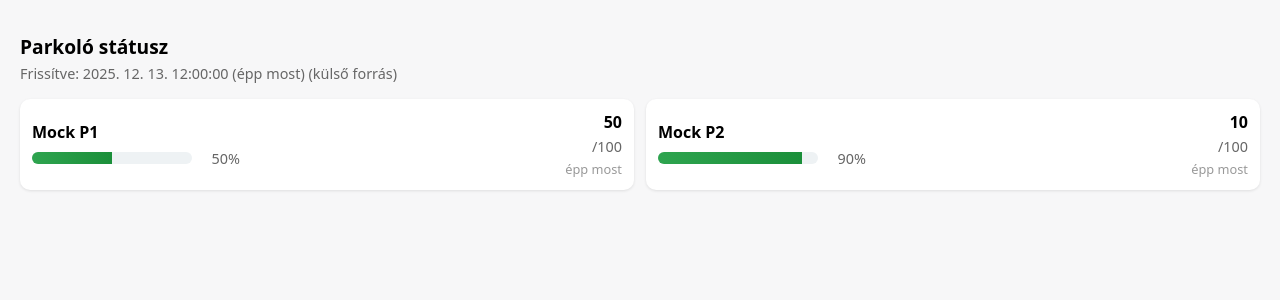
Repository: dkg11hu/ormezo-parking-2
Page: public/index.html
An editor plug-in stored every save of this project. The page is shown before and after the next save, followed by the edit.
The browser window is 1280 px wide. The pictures show the whole page.

Above is the page before, as saved 2025-12-13 20:29:42.

### public/index.html
<!DOCTYPE html>
<html lang="hu">

<head>
  <meta charset="UTF-8">
  <title>Ormezo Parkoló státusz</title>
  <meta name="viewport" content="width=device-width, initial-scale=1.0">
  <style>
    body {
      font-family: system-ui, sans-serif;
      background: #f7f7f8;
      margin: 0;
      padding: 20px;
    }

    h1 {
      font-size: 1.2rem;
      margin-bottom: 0.25rem;
    }

    .meta {
      color: #666;
      font-size: 0.9rem;
      margin-bottom: 1rem;
    }

    .grid {
      display: grid;
      gap: 12px;
    }

    @media (orientation:portrait) {
      .grid {
        grid-template-columns: 1fr;
      }
    }

    @media (orientation:landscape) {
      .grid {
        grid-template-columns: 1fr 1fr;
      }
    }

    .card {
      background: #fff;
      padding: 12px;
      border-radius: 10px;
      box-shadow: 0 1px 3px rgba(0, 0, 0, 0.1);
      display: flex;
      justify-content: space-between;
      align-items: center;
      text-decoration: none;
      color: inherit;
    }

    .label {
      font-weight: 600;
      margin-bottom: 6px;
    }

    .bar-wrap {
      display: flex;
      gap: 8px;
      align-items: center;
    }

    .bar {
      background: #eef2f4;
      height: 12px;
      width: 160px;
      border-radius: 8px;
      overflow: hidden;
    }

    .fill {
      height: 100%;
      background: linear-gradient(90deg, #2ea44f, #1b8f3a);
    }

    .pct {
      min-width: 40px;
      text-align: right;
      font-size: 0.9rem;
      color: #666;
    }

    .numbers {
      text-align: right;
      min-width: 84px;
      display: flex;
      flex-direction: column;
      gap: 4px;
    }

    .count {
      font-weight: 700;
      font-size: 1rem;
    }

    .total {
      color: #666;
      font-size: 0.9rem;
    }

    .timestamp {
      color: #999;
      font-size: 0.8rem;
    }
  </style>
</head>

<body>
  <h1>Parkoló státusz</h1>
  <div id="report-time" class="meta"></div>
  <main id="parking-grid" class="grid"></main>

  <script>
    function timeDiffString(updated) {
      try {
        const now = new Date();
        const upd = new Date(updated.replace(" ", "T"));
        const diffMs = now - upd;
        const diffMin = Math.floor(diffMs / 60000);
        if (diffMin < 1) return "épp most";
        if (diffMin < 60) return diffMin + " perce";
        const diffH = Math.floor(diffMin / 60);
        if (diffH < 24) return diffH + " órája";
        const diffD = Math.floor(diffH / 24);
        return diffD + " napja";
      } catch {
        return updated;
      }
    }

    async function refreshParkingStatus() {
      try {
        // csak a status JSON kötelező
        const statusRes = await fetch("parking-status.json?ts=" + Date.now(), { cache: "no-store" });
        if (!statusRes.ok) throw new Error("status JSON not found");
        const statusData = await statusRes.json();

        // mindig legyen definiálva
        let urlsData = [];

        try {
          const urlsRes = await fetch("urls.json?ts=" + Date.now(), { cache: "no-store" });
          if (urlsRes.ok) urlsData = await urlsRes.json();
        } catch {
          console.warn("urls.json nem elérhető, linkek kihagyva");
        }

        // VÉGLEGES MEGOLDÁS: Kezeljük a beágyazott struktúrát, és frissítsük az 'items' változót
        let items = [];
        let dataContainer = statusData;

        // 1. Ha a JSON be van ágyazva (a hibás formátum): items.items
        if (statusData.items && Array.isArray(statusData.items.items)) {
            items = statusData.items.items;
            dataContainer = statusData.items; // A friss időpontot innen vesszük
        }
        // 2. Ha a szabványos, korábban elvárt formátum: items
        else if (Array.isArray(statusData.items)) {
            items = statusData.items;
        }
        // 3. Ha a gyökér a tömb (régi formátum)
        else if (Array.isArray(statusData)) {
            items = statusData;
        }

        const grid = document.getElementById("parking-grid");
        grid.innerHTML = "";

        // JAVÍTOTT KÓD: Fejléc frissítése dataContainer használatával
        const headerTime = dataContainer.fetched_at || dataContainer.timestamp || statusData.report_time;

        if (headerTime) {
          const updated = headerTime;
          const updDate = new Date(updated.replace(" ", "T"));
          const relative = timeDiffString(updated);
          document.getElementById("report-time").textContent =
            "Frissítve: " + updDate.toLocaleString("hu-HU") + " (" + relative + ")";
        } else if (items.length > 0) { // Tartalék (ha semmi sincs a JSON gyökerében)
          const updated = items[0].updated;
          const updDate = new Date(updated.replace(" ", "T"));
          const relative = timeDiffString(updated);
          document.getElementById("report-time").textContent =
            "Frissítve: " + updDate.toLocaleString("hu-HU") + " (" + relative + ") (külső forrás)";
        }

        items.forEach(entry => {
          const percent = (entry.total && entry.total > 0) ?
              Math.round(((entry.total - entry.free) / entry.total) * 100) : 0;
            // Megjegyzés: A sáv a FOGLALT helyeket szokta mutatni, ezért a total - free / total van itt!
            // Ha a SZABAD helyeket szeretnéd, a kód legyen: Math.round((entry.free / entry.total) * 100)

          const relative = timeDiffString(entry.updated);
          const urlEntry = urlsData.find(u => u.id === entry.id);
          const detailUrl = urlEntry ? urlEntry.url : "#";

          const card = document.createElement("a");
          card.className = "card";
          card.href = detailUrl;
          card.target = "_blank";
          card.innerHTML = `
              <div class="left">
                <div class="label">${entry.label}</div>
                <div class="bar-wrap">
                  <div class="bar">
                    <div class="fill" style="width:${percent}%"></div>
                  </div>
                  <div class="pct">${percent}%</div>
                </div>
              </div>
              <div class="numbers">
                <div class="count">${entry.free}</div>
                <div class="total">/${entry.total}</div>
                <div class="timestamp">${relative}</div>
              </div>
            `;
          grid.appendChild(card);
        });

      } catch (err) { // <-- FŐ CATCH BLOKK KEZELÉSE
        console.error("Hiba a JSON betöltésekor:", err);
        document.getElementById("report-time").textContent = "Nem sikerült betölteni az adatokat.";
      }
    } // <-- FÜGGVÉNY LEZÁRÁSA

    window.onload = () => {
      refreshParkingStatus();
      };
  </script>
</body>
</html>

### public/parking-status.json
{
  "items": [
    { "id": "p1", "label": "Mock P1", "free": 50, "total": 100, "updated": "2025-12-13 12:00:00" },
    { "id": "p2", "label": "Mock P2", "free": 10, "total": 100, "updated": "2025-12-13 12:00:00" }
  ]
}

### public/urls.json
[
  {
    "id": "p1",
    "label": "Őrmező P1 P+R parkoló",
    "url": "https://kozutfigyelo.budapestkozut.hu/list/pfhistory?id=P121",
    "maxLot": 485,
    "selector": {
      "xpath": "//*[@id='main-content']/app-parking-facility-history/ion-content/div/div[2]/div[2]/div[1]/ion-text/span"
    },
    "timestampSelector": {
      "xpath": "//*[@id='main-content']/app-parking-facility-history/ion-content/div/div[2]/ion-text[2]/span"
    }
  },
  {
    "id": "p2",
    "label": "Őrmező P2 P+R parkoló",
    "url": "https://kozutfigyelo.budapestkozut.hu/list/pfhistory?id=P131",
    "maxLot": 500,
    "selector": {
      "css": "#main-content > app-parking-facility-history > ion-content > div > div.ion-margin-vertical.border-dark-bottom > div:nth-child(2) > div.ion-text-center > ion-text > span"
    },
    "timestampSelector": {
      "xpath": "//*[@id='main-content']/app-parking-facility-history/ion-content/div/div[2]/ion-text[2]/span"
    }
  },
  {
    "id": "p3",
    "label": "Etele P1 P+R parkoló",
    "url": "https://kozutfigyelo.budapestkozut.hu/list/pfhistory?id=P101",
    "maxLot": 247,
    "selector": {
      "css": "#main-content > app-parking-facility-history > ion-content > div > div.ion-margin-vertical.border-dark-bottom > div:nth-child(2) > div.ion-text-center > ion-text > span"
    },
    "timestampSelector": {
      "xpath": "//*[@id='main-content']/app-parking-facility-history/ion-content/div/div[2]/ion-text[2]/span"
    }
  },
  {
    "id": "p4",
    "label": "Etele P2 P+R parkoló",
    "url": "https://kozutfigyelo.budapestkozut.hu/list/pfhistory?id=P111",
    "maxLot": 221,
    "selector": {
      "css": "#main-content > app-parking-facility-history > ion-content > div > div.ion-margin-vertical.border-dark-bottom > div:nth-child(2) > div.ion-text-center > ion-text > span"
    },
    "timestampSelector": {
      "xpath": "//*[@id='main-content']/app-parking-facility-history/ion-content/div/div[2]/ion-text[2]/span"
    }
  }
]

After the next save:
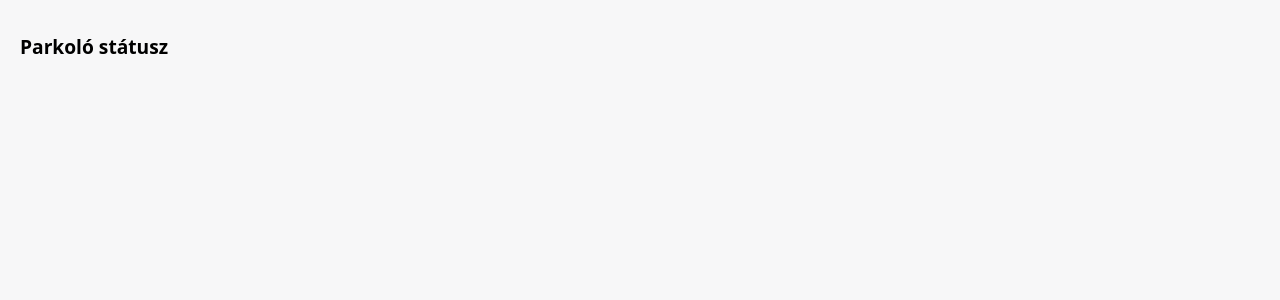
Console error: SyntaxError: Unexpected end of input
Saved 7 min 41 s later.
--- a/public/index.html
+++ b/public/index.html
@@ -132,16 +132,15 @@
       }
     }
 
-    async function refreshParkingStatus() {
+async function refreshParkingStatus() {
       try {
-        // csak a status JSON kötelező
+        // 1. Status JSON betöltése (kötelező)
         const statusRes = await fetch("parking-status.json?ts=" + Date.now(), { cache: "no-store" });
         if (!statusRes.ok) throw new Error("status JSON not found");
         const statusData = await statusRes.json();
 
-        // mindig legyen definiálva
+        // 2. URL JSON betöltése (opcionális)
         let urlsData = [];
-
         try {
           const urlsRes = await fetch("urls.json?ts=" + Date.now(), { cache: "no-store" });
           if (urlsRes.ok) urlsData = await urlsRes.json();
@@ -149,28 +148,29 @@
           console.warn("urls.json nem elérhető, linkek kihagyva");
         }
 
-        // VÉGLEGES MEGOLDÁS: Kezeljük a beágyazott struktúrát, és frissítsük az 'items' változót
+        // 3. Adatstruktúra azonosítása és items kinyerése
         let items = [];
-        let dataContainer = statusData;
-
-        // 1. Ha a JSON be van ágyazva (a hibás formátum): items.items
+        let dataContainer = statusData; // Alapértelmezett, ha nincs beágyazás
+
+        // Ha a JSON be van ágyazva (a hibás formátum): items.items
         if (statusData.items && Array.isArray(statusData.items.items)) {
             items = statusData.items.items;
             dataContainer = statusData.items; // A friss időpontot innen vesszük
         }
-        // 2. Ha a szabványos, korábban elvárt formátum: items
+        // Ha a szabványos formátum: items
         else if (Array.isArray(statusData.items)) {
             items = statusData.items;
         }
-        // 3. Ha a gyökér a tömb (régi formátum)
+        // Ha a gyökér a tömb (régi formátum)
         else if (Array.isArray(statusData)) {
             items = statusData;
         }
 
+        // 4. Grid ürítése
         const grid = document.getElementById("parking-grid");
         grid.innerHTML = "";
 
-        // JAVÍTOTT KÓD: Fejléc frissítése dataContainer használatával
+        // 5. Fejléc frissítése
         const headerTime = dataContainer.fetched_at || dataContainer.timestamp || statusData.report_time;
 
         if (headerTime) {
@@ -179,7 +179,7 @@
           const relative = timeDiffString(updated);
           document.getElementById("report-time").textContent =
             "Frissítve: " + updDate.toLocaleString("hu-HU") + " (" + relative + ")";
-        } else if (items.length > 0) { // Tartalék (ha semmi sincs a JSON gyökerében)
+        } else if (items.length > 0) { // Tartalék
           const updated = items[0].updated;
           const updDate = new Date(updated.replace(" ", "T"));
           const relative = timeDiffString(updated);
@@ -187,11 +187,10 @@
             "Frissítve: " + updDate.toLocaleString("hu-HU") + " (" + relative + ") (külső forrás)";
         }
 
+        // 6. Kártyák generálása
         items.forEach(entry => {
           const percent = (entry.total && entry.total > 0) ?
               Math.round(((entry.total - entry.free) / entry.total) * 100) : 0;
-            // Megjegyzés: A sáv a FOGLALT helyeket szokta mutatni, ezért a total - free / total van itt!
-            // Ha a SZABAD helyeket szeretnéd, a kód legyen: Math.round((entry.free / entry.total) * 100)
 
           const relative = timeDiffString(entry.updated);
           const urlEntry = urlsData.find(u => u.id === entry.id);
@@ -224,8 +223,9 @@
         console.error("Hiba a JSON betöltésekor:", err);
         document.getElementById("report-time").textContent = "Nem sikerült betölteni az adatokat.";
       }
-    } // <-- FÜGGVÉNY LEZÁRÁSA
-
+    }
+
+    async function refreshParkingStatus() {
     window.onload = () => {
       refreshParkingStatus();
       };

After the save that followed:
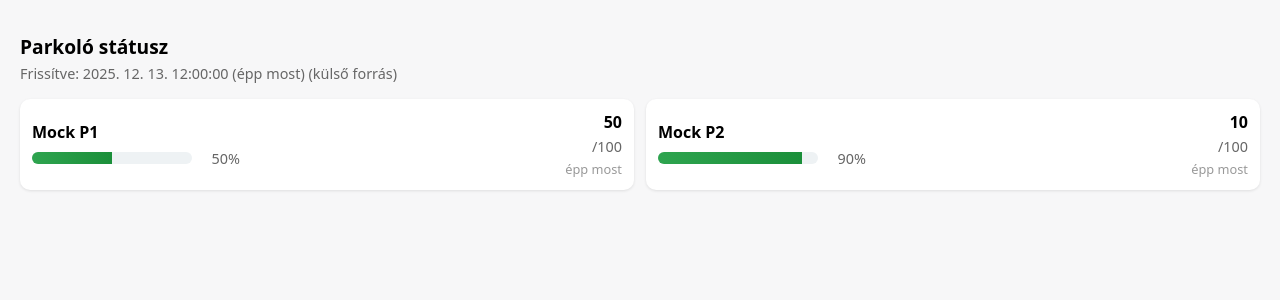
The error is gone.
Saved 2 min 9 s later.
--- a/public/index.html
+++ b/public/index.html
@@ -132,7 +132,7 @@
       }
     }
 
-async function refreshParkingStatus() {
+    async function refreshParkingStatus() {
       try {
         // 1. Status JSON betöltése (kötelező)
         const statusRes = await fetch("parking-status.json?ts=" + Date.now(), { cache: "no-store" });
@@ -223,12 +223,13 @@
         console.error("Hiba a JSON betöltésekor:", err);
         document.getElementById("report-time").textContent = "Nem sikerült betölteni az adatokat.";
       }
-    }
-
-    async function refreshParkingStatus() {
+    } // <-- FÜGGVÉNY LEZÁRÁSA
+
     window.onload = () => {
       refreshParkingStatus();
-      };
+      setInterval(refreshParkingStatus, 60000);
+    };
   </script>
+
 </body>
 </html>
